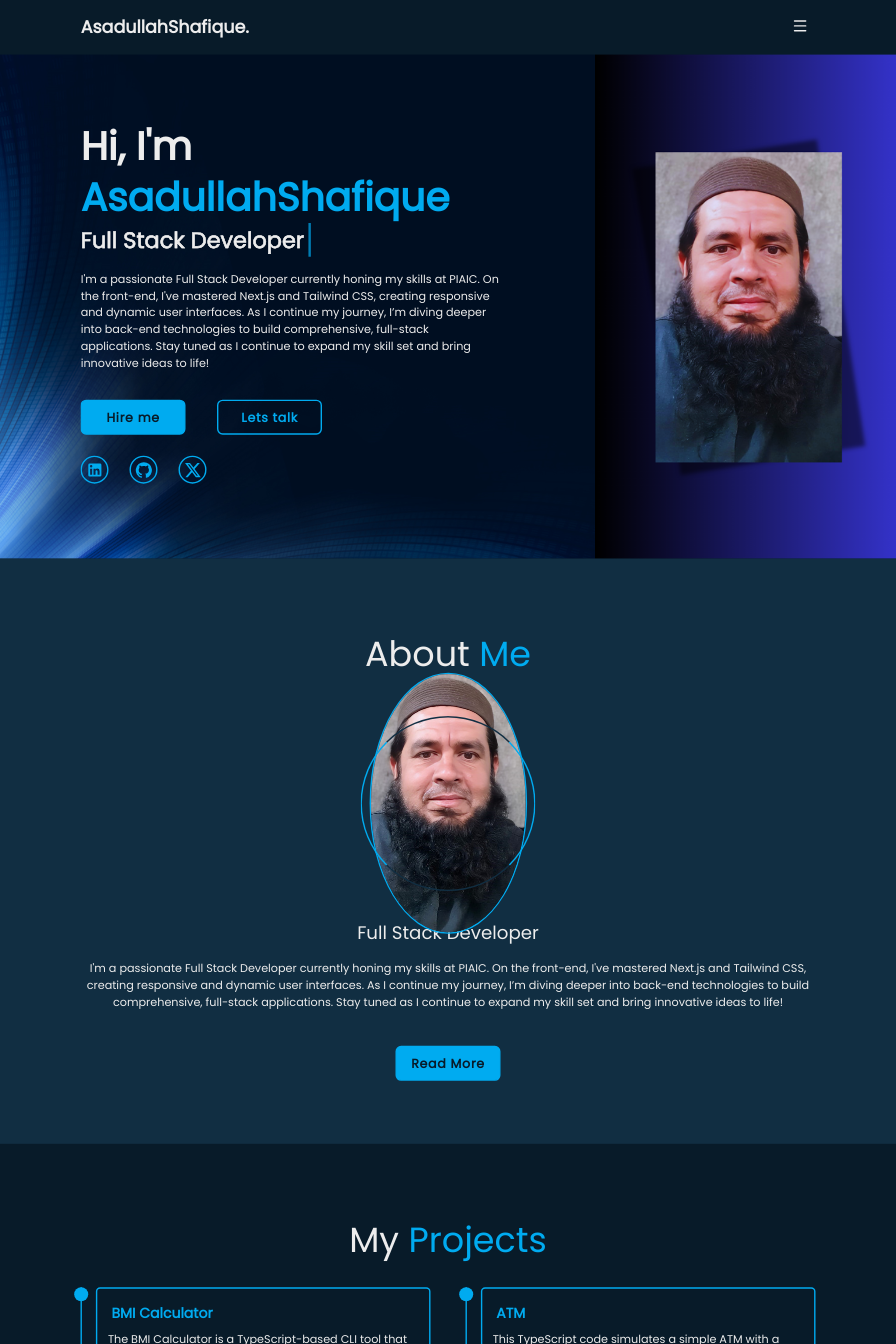
Repository: asadullah48/nextjs_projects_portfolio
Page: /
An editor plug-in stored every save of this project. The page is shown before and after the next save, followed by the edit.
The browser window is 1280 px wide. The pictures show the part of the page from y = 0 to 1920 px (the page is 4234 px tall), at 70% of full size.
The project was rebuilt for these pictures with package versions that can differ from the ones it lists, and the page was loaded fresh each time. The framework's server and built-in components were replaced by stand-ins that run in the browser. Also part of the build but not shown: next.config.ts.

Above is the page before, as saved 2024-11-13 13:32:53.

After the next save:
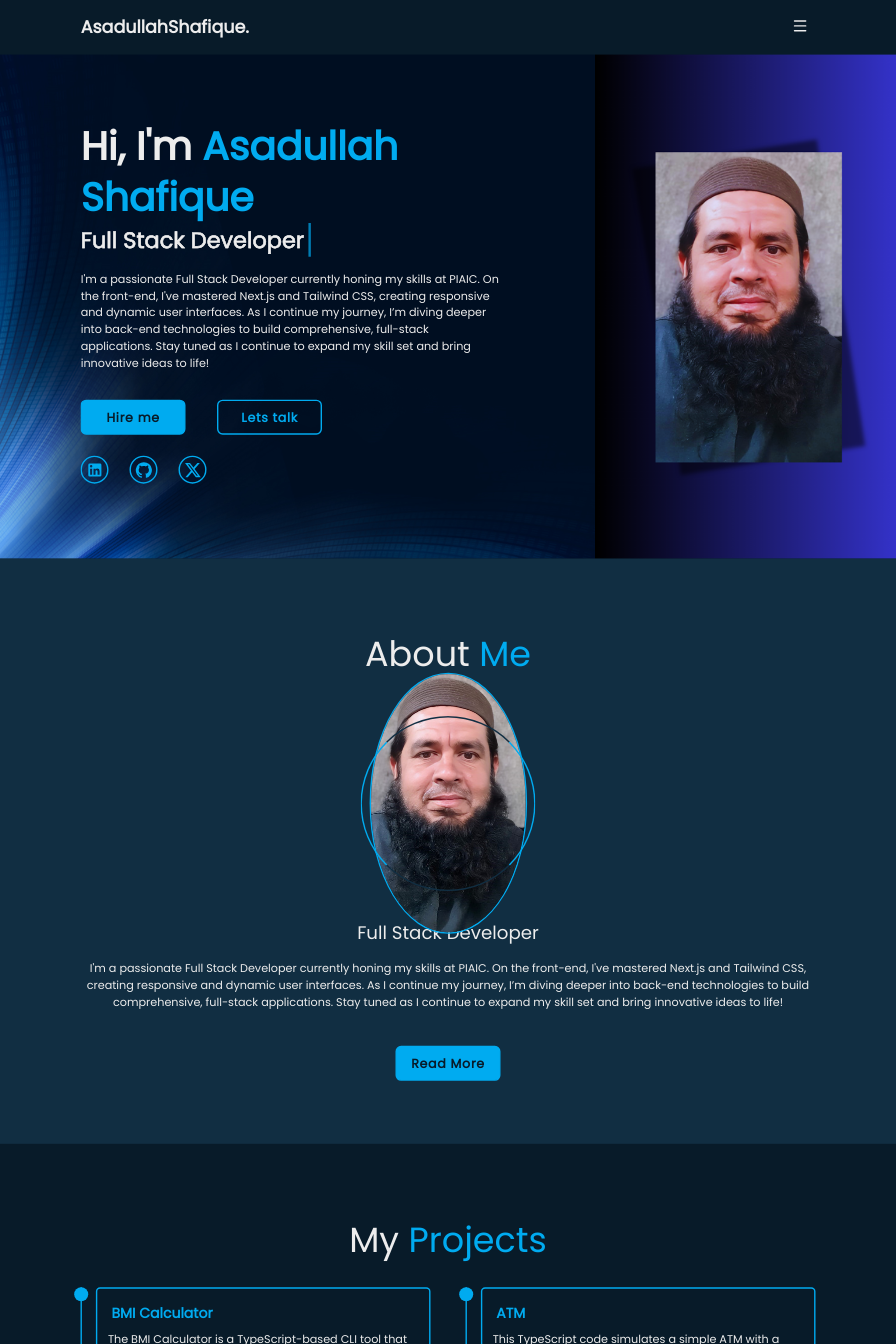
Saved 4 s later.
--- a/src/app/page.tsx
+++ b/src/app/page.tsx
@@ -126,7 +126,7 @@ active:text-[var(--main-color)]"
       <section className={`home bg-[url('../../public/fullSizeImge1.jpg')] bg-cover bg-center transition-opacity duration-300 ${isSidebarOpen ? "opacity-50" : "opacity-100"}`} id="home">
         <div className="home-content">
           <h1>
-            Hi, I'm<span> AsadullahShafique</span>{" "}
+            Hi, I'm<span> Asadullah Shafique</span>{" "}
           </h1>
           <div className="text-animated">
             <h3>Full Stack Developer</h3>
